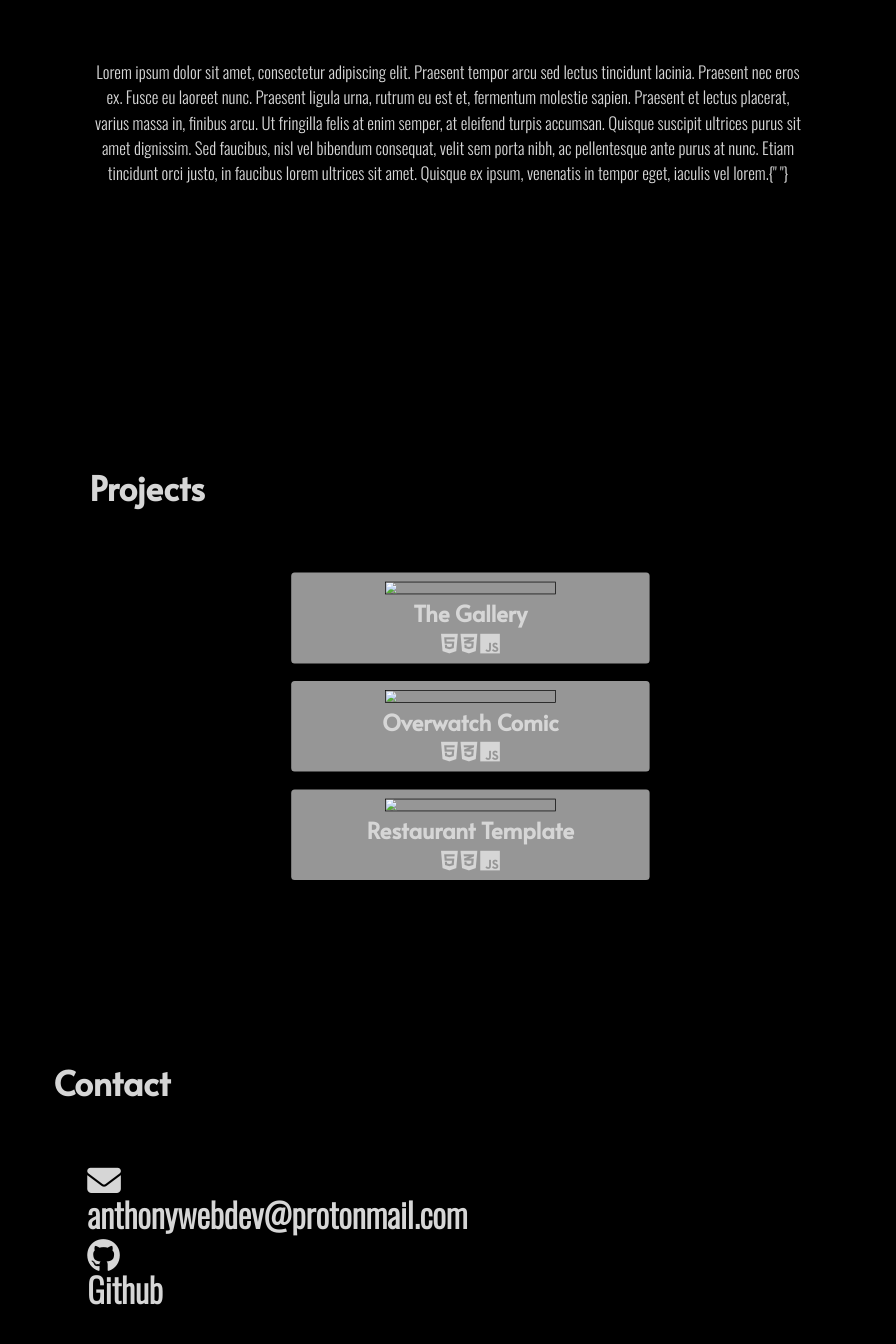
Repository: sloppytony/thenewport
Page: index.html
These files come from the project's save history. The page is drawn as it stood at one moment and after the next save; the edit follows.
The browser window is 1280 px wide. The pictures show the part of the page from y = 960 to 2880 px (the page is 2880 px tall), at 70% of full size.
Some web libraries are served in a nearby version.

Above is the page before, as saved 2020-08-24 18:30:32.
Not found: src/img/640x360.png
Not found: {require("../src/img/640x360.png")}

### index.html
<!DOCTYPE html>
<html lang="en">
<head>
    <meta charset="UTF-8">
    <meta name="viewport" content="width=device-width, initial-scale=1.0">
    <title>Anthon's|Portfolio</title>
    <link rel="stylesheet" href="newport.css">
    <link href="https://fonts.googleapis.com/css2?family=Alata&family=Oswald:wght@300&display=swap" rel="stylesheet"/>
    <script
      src="https://kit.fontawesome.com/9a01f23326.js"
      crossorigin="anonymous"
    ></script>
    </head>
<body>
    <div class="section1">
        <div class="section1-container">
          <h1 class="mainTitle">Anthony Tostado</h1>
          <p class="mainPara">
            Welcome! take a look around...make yourself at home.
          </p>
          <h2 class="scroll">Scroll</h2>
        </div>
      </div>
      <div class="section2">
        <h1 class="title">About Me</h1>
        <p class="aboutPara">
          Lorem ipsum dolor sit amet, consectetur adipiscing elit. Praesent
          tempor arcu sed lectus tincidunt lacinia. Praesent nec eros ex. Fusce
          eu laoreet nunc. Praesent ligula urna, rutrum eu est et, fermentum
          molestie sapien. Praesent et lectus placerat, varius massa in, finibus
          arcu. Ut fringilla felis at enim semper, at eleifend turpis accumsan.
          Quisque suscipit ultrices purus sit amet dignissim. Sed faucibus, nisl
          vel bibendum consequat, velit sem porta nibh, ac pellentesque ante
          purus at nunc. Etiam tincidunt orci justo, in faucibus lorem ultrices
          sit amet. Quisque ex ipsum, venenatis in tempor eget, iaculis vel
          lorem.{" "}
        </p>
      </div>
      <div class="section3">
        <h1 class="projectTitle">Projects</h1>
        <div class="projectContent">
          <div class="card1">
            <img
              class="cardImage"
              src="../src/img/640x360.png"
            ></img>
            <h1 class="cardTitle">The Gallery</h1>
            <div class="icons">
              <i class="fab fa-html5 fa-2x"></i>
              <i class="fab fa-css3-alt fa-2x"></i>
              <i class="fab fa-js fa-2x"></i>
            </div>
          </div>
          <div class="card1">
            <img
              class="cardImage"
              src={require("../src/img/640x360.png")}
            ></img>
            <h1 class="cardTitle">Overwatch Comic</h1>
            <div class="icons">
              <i class="fab fa-html5 fa-2x"></i>
              <i class="fab fa-css3-alt fa-2x"></i>
              <i class="fab fa-js fa-2x"></i>
            </div>
          </div>
          <div class="card1">
            <img
              class="cardImage"
              src={require("../src/img/640x360.png")}
            ></img>
            <h1 class="cardTitle">Restaurant Template</h1>
            <div class="icons">
              <i class="fab fa-html5 fa-2x"></i>
              <i class="fab fa-css3-alt fa-2x"></i>
              <i class="fab fa-js fa-2x"></i>
            </div>
          </div>
        </div>
      </div>
      <div class="section4">
        <h1 class="contactTitle">Contact</h1>
        <div class="contactIcons">
          <i class="fas fa-envelope fa-3x">
            <h1 class="contact">anthonywebdev@protonmail.com</h1>
          </i>
          <i class="fab fa-github fa-3x">
            <h1 class="contact">Github</h1>
          </i>
        </div>
      </div>
</body>
</html>

### newport.css
* {
  margin: 0;
  padding: 0;
  box-sizing: border-box;
}

body {
  background: linear-gradient(
    180deg,
    rgba(0, 0, 0, 0) 10%,
    rgba(0, 0, 0, 1) 30%
  );

  height: 400vh;
  width: 100%;
}

.image {
  width: 100%;
  height: 100%;
}

/*opening page*/
.section1 {
  height: 100vh;
  width: 100%;
  display: flex;
  justify-content: center;
  align-items: center;
  flex-direction: column;
}

div.section1-container {
  width: 80%;
  height: 75vh;
  background: url("./img/mountainspace.jfif");
  background-size: cover;
  background-position: bottom;
  display: flex;
  justify-content: center;
  align-items: center;
  flex-direction: column;
  box-shadow: -5px 5px 5px rgba(44, 44, 44, 0.5);
  border: 5px solid rgb(214, 214, 214);
}

.mainTitle {
  font-family: "Alata", sans-serif;
  font-weight: 100;
  font-size: 400%;
  display: flex;
  justify-content: center;
  align-items: center;
  text-align: center;
  color: rgb(214, 214, 214);

  animation: fadeIn 1.5s;
  border: 3px solid white;
  width: 50%;
  height: 20%;
}

.mainPara {
  font-family: "Oswald", sans-serif;
  font-size: 200%;
  display: flex;
  align-items: center;
  text-align: center;
  color: rgb(214, 214, 214);
  padding: 5%;
  text-shadow: -5px 5px 5px rgba(44, 44, 44, 0.5);
  animation: fadeIn 1.5s;
}

.scroll {
  font-family: "Oswald", sans-serif;
  font-size: 300%;
  padding-bottom: 2%;
  animation: pulse 2.5s infinite;
  color: rgb(214, 214, 214);
}

/*about*/
.section2 {
  height: 90vh;
  width: 100%;
  overflow: hidden;
  display: flex;
  align-items: center;
  justify-content: center;
  flex-direction: column;
  margin-bottom: 10%;
}

.title {
  height: 20vh;
  width: 80%;

  font-family: "Alata", sans-serif;
  font-size: 300%;
  color: rgb(214, 214, 214);
}

.projectTitle {
  height: 20vh;
  width: 80%;
  margin-top: 10%;
  font-family: "Alata", sans-serif;
  font-size: 300%;
  color: rgb(214, 214, 214);
}

.contactTitle {
  height: 20vh;
  width: 80%;
  margin-top: 10%;
  font-family: "Alata", sans-serif;
  font-size: 300%;
  color: rgb(214, 214, 214);
}

p.aboutPara {
  width: 80%;
  height: 20vh;
  text-align: center;
  margin: 5%;
  font-size: 150%;
  font-family: "Oswald", sans-serif;
  color: rgb(214, 214, 214);
}

/*projects*/
.section3 {
  height: 100vh;
  width: 100%;

  color: rgb(16, 130, 230);
  display: flex;
  justify-content: center;
  align-items: center;
  flex-direction: column;
}

div.projectContent {
  width: 100%;
  height: 99vh;
  display: flex;
  align-items: center;
  justify-content: center;
  flex-direction: column;
  margin-top: 5%;
}

div.card1 {
  height: 50%;
  width: 40%;
  display: flex;
  justify-content: center;
  align-items: center;
  flex-direction: column;
  background: rgb(214, 214, 214, 0.7);
  border-radius: 5px 5px 5px;
  margin-left: 5%;
  padding: 1%;
  margin-top: 2%;
}

img.cardImage {
  width: 50%;
  border: 1px solid black;
}

h1.cardTitle {
  margin: 1%;
  font-size: 300;
  font-family: "Alata", sans-serif;
  color: rgb(214, 214, 214);
}

/*contact*/
div.section4 {
  height: vh;
  width: 75%;

  margin-top: 20%;
  margin-left: 6%;
}

div.contactIcons {
  height: 30vh;
  display: flex;
  justify-content: space-around;
  align-items: baseline;
  flex-direction: column;
  padding-left: 5%;
  color: rgb(214, 214, 214);
}

.contact {
  font-family: "Oswald", sans-serif;
  font-size: 100%;
}

i {
  color: rgb(214, 214, 214);
}

@media only screen and (max-width: 1025px) {
  body {
    height: 365vh;
  }

  .contact {
    font-size: 50%;
  }

  div.card1 {
    width: 75%;
  }

  h1.cardTitle {
    text-align: center;
  }

  img.cardImage {
    width: 75%;
  }

  .mainTitle {
    border: none;
  }
}

@keyframes fadeIn {
  from {
    opacity: 0;
  }
  to {
    opacity: 1;
  }
}

@keyframes pulse {
  0% {
    opacity: 0;
  }

  50% {
    opacity: 1;
  }
  100% {
    opacity: 0;
  }
}

After the next save:
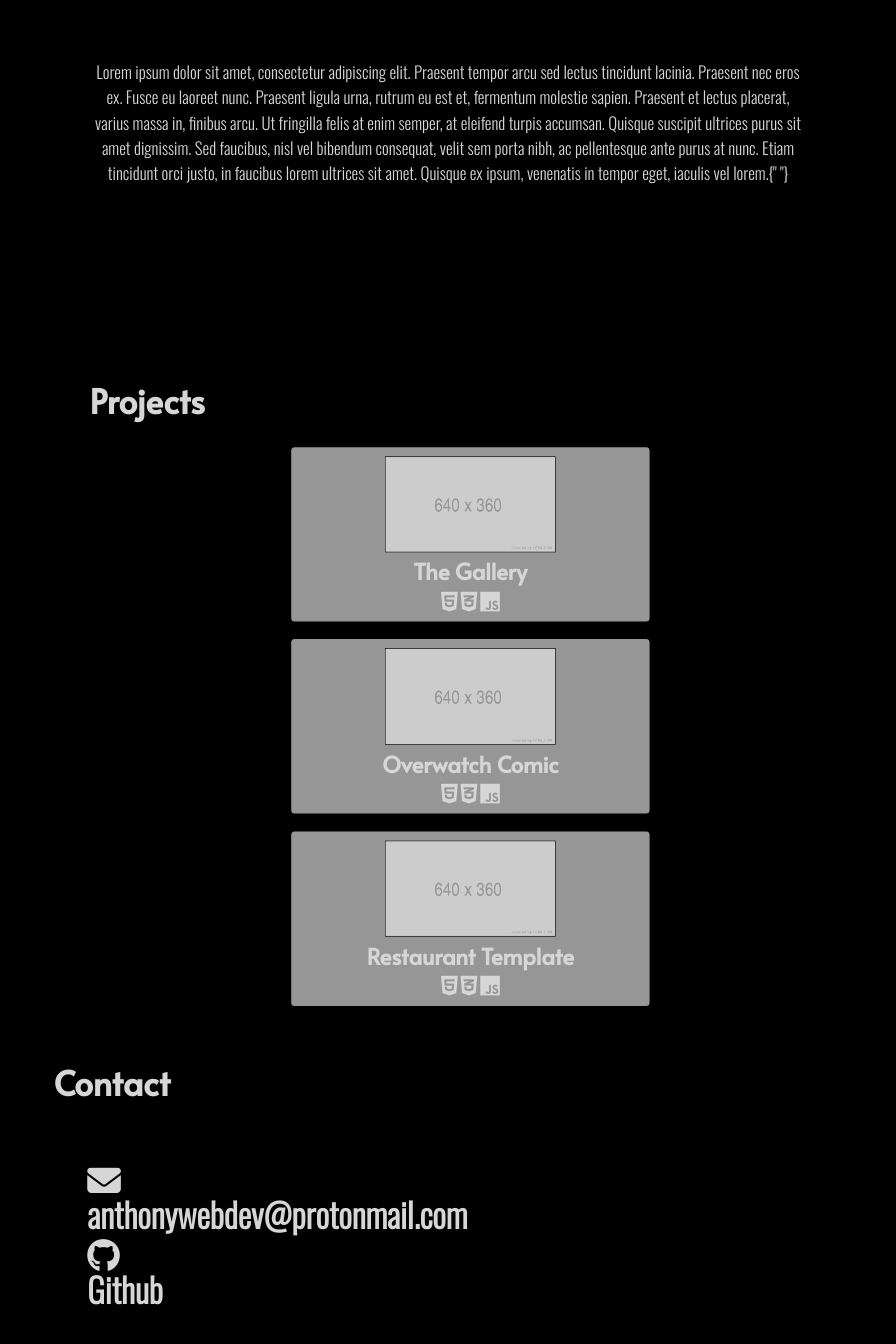
Saved 2 min 14 s later.
--- a/index.html
+++ b/index.html
@@ -40,10 +40,7 @@
         <h1 class="projectTitle">Projects</h1>
         <div class="projectContent">
           <div class="card1">
-            <img
-              class="cardImage"
-              src="../src/img/640x360.png"
-            ></img>
+            <img class="cardImage" src="../img/640x360.png"></img>
             <h1 class="cardTitle">The Gallery</h1>
             <div class="icons">
               <i class="fab fa-html5 fa-2x"></i>
@@ -54,8 +51,7 @@
           <div class="card1">
             <img
               class="cardImage"
-              src={require("../src/img/640x360.png")}
-            ></img>
+              src="../img/640x360.png"></img>
             <h1 class="cardTitle">Overwatch Comic</h1>
             <div class="icons">
               <i class="fab fa-html5 fa-2x"></i>
@@ -66,8 +62,7 @@
           <div class="card1">
             <img
               class="cardImage"
-              src={require("../src/img/640x360.png")}
-            ></img>
+              src="../img/640x360.png"></img>
             <h1 class="cardTitle">Restaurant Template</h1>
             <div class="icons">
               <i class="fab fa-html5 fa-2x"></i>
